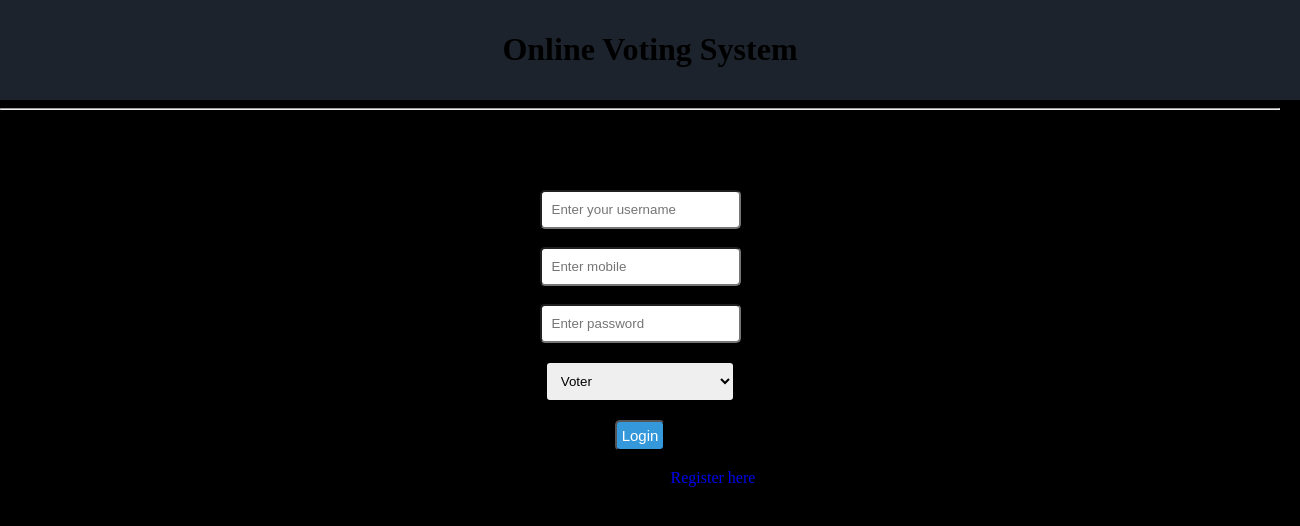
Repository: LeLoUcH-V-BrItAnIa/voting
Page: http://localhost/
These files come from the project's save history. The page is drawn as it stood at one moment and after the next save; the edit follows.
The browser window is 1280 px wide. The page is 1300 px wide, so the pictures cover 1300 px, including what lies to the right of the window. The pictures show the whole page.
The page is run by PHP 8.4 with error messages shown; the project is at /var/www/html/.

Above is the page before, as saved 2023-08-31 11:59:20.

After the next save:
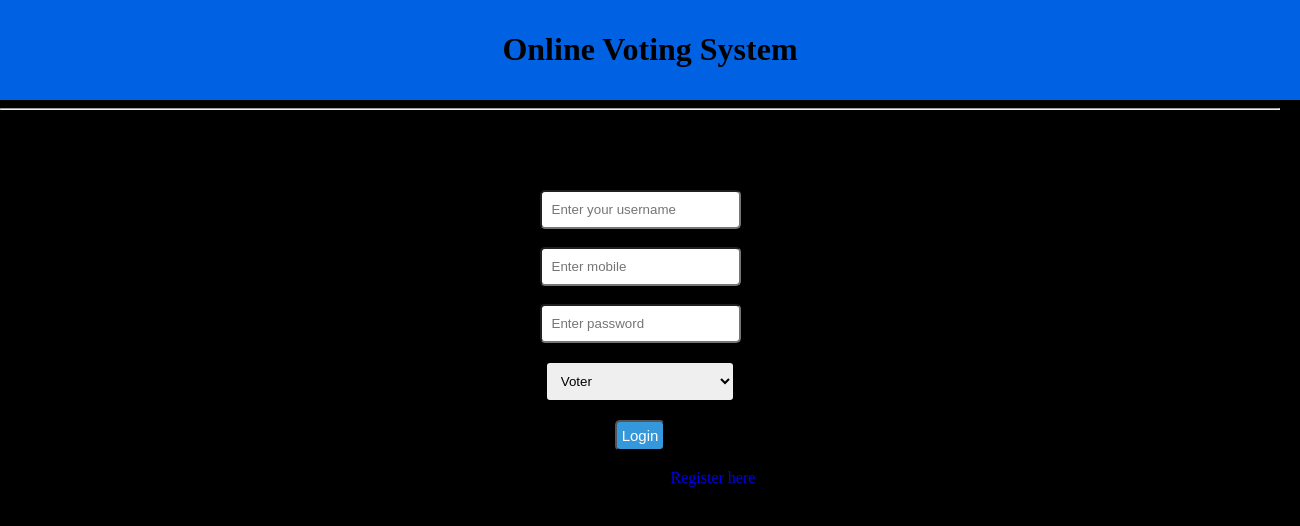
Saved 24 s later.
--- a/online-voting-system/css/stylesheet.css
+++ b/online-voting-system/css/stylesheet.css
@@ -21,7 +21,7 @@ select {
 
 #headerSection {
   text-align: center;
-  background-color: rgb(28, 35, 44);
+  background-color: rgb(0, 98, 227);
   padding: 10px;
   width: 100%;
   font-family: Cursive;
